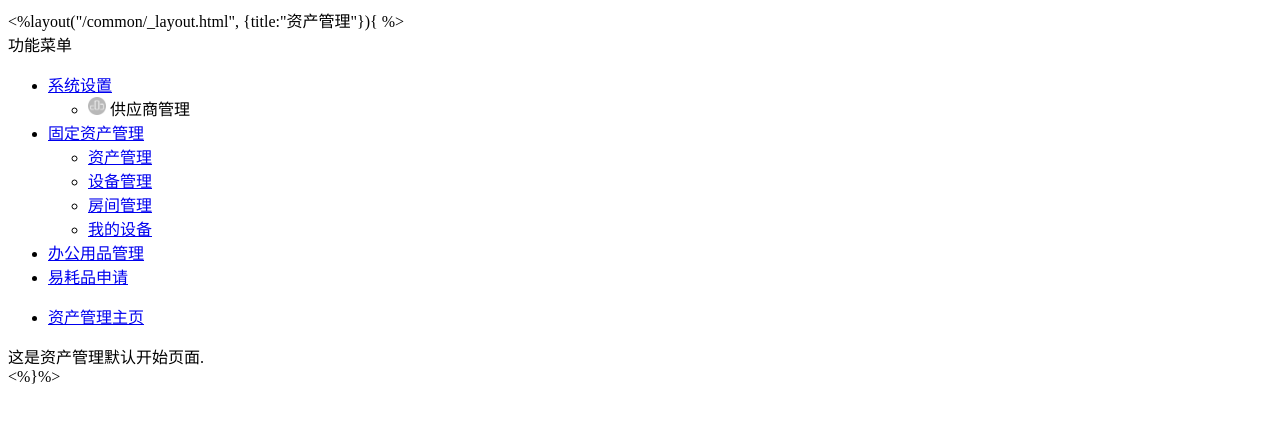
Repository: GaoChengliang/summerTask
Page: Campus_gcl/WebRoot/asset_management/asset.html
The author's editor kept a copy of each file at every save. The page is drawn from the files as they stood at one save, then again after the next save.
The browser window is 1280 px wide. The pictures show the whole page.

Above is the page before, as saved 2015-09-09 01:30:37.
Console error: ReferenceError: jQuery is not defined

### Campus_gcl/WebRoot/asset_management/asset.html
<%layout("/common/_layout.html", {title:"资产管理"}){ %>
<div class="container-fluid">
	<div class="row">
		<div class="col-md-2 sidebar-2">
			<div class="sub-header">
				<div class="nav nac-sidebar font-style-background-blue">功能菜单</div>
			</div>

			<div class="mtree-demo">
				<ul class="mtree bubba">
					<li class="mtree-node"><a name="system_set_link" href="#">系统设置</a>
						<ul class="mtree-level-1">
							<li><a name="supplier_manage_link"><img src="/img/logo/supplier_manage.png" alt="供应商管理" height="18px" width="18px"/>&nbsp;供应商管理</a></li>
						</ul></li>

					<li class="mtree-node"><a href="#">固定资产管理</a>
						<ul class="mtree-level-1">
							<li><a href="#">资产管理</a></li>
							<li><a href="#">设备管理</a></li>
							<li><a href="#">房间管理</a></li>
							<li><a href="#">我的设备</a></li>
						</ul></li>
					<li><a href="#">办公用品管理</a></li>
					<li><a href="#">易耗品申请</a></li>
				</ul>
			</div>


		</div>
		<div class="col-md-10 col-md-offset-2">
			<div class="main">
				<div id="content">
					<div id="tabs">
						<ul>
							<li><a href="#home">资产管理主页</a></li>
						</ul>
						<div id="home">这是资产管理默认开始页面.</div>
					</div>
				</div>
			</div>
		</div>
	</div>
</div>
<script src="/js/sider/sider.js"></script>
<script src="/js/tabs/tab.js"></script>
<%}%>

### Campus_gcl/WebRoot/js/sider/sider.js
(function ($, window, document, undefined) {
	    if ($('ul.mtree').length) {
	        var collapsed = true;
	        var close_same_level = false;
	        var duration = 400;
	        var listAnim = true;
	        var easing = 'easeOutQuart';
	        $('.mtree ul').css({
	            'overflow': 'hidden',
	            'height': collapsed ? 0 : 'auto',
	            'display': collapsed ? 'none' : 'block'
	        });
	        var node = $('.mtree li:has(ul)');
	        node.each(function (index, val) {
	            $(this).children(':first-child').css('cursor', 'pointer');
	            $(this).addClass('mtree-node mtree-' + (collapsed ? 'closed' : 'open'));
	            $(this).children('ul').addClass('mtree-level-' + ($(this).parentsUntil($('ul.mtree'), 'ul').length + 1));
	        });
	        $('.mtree li > *:first-child').on('click.mtree-active', function (e) {
	            if ($(this).parent().hasClass('mtree-closed')) {
	                $('.mtree-active').not($(this).parent()).removeClass('mtree-active');
	                $(this).parent().addClass('mtree-active');
	            } else if ($(this).parent().hasClass('mtree-open')) {
	                $(this).parent().removeClass('mtree-active');
	            } else {
	                $('.mtree-active').not($(this).parent()).removeClass('mtree-active');
	                $(this).parent().toggleClass('mtree-active');
	            }
	        });
	        node.children(':first-child').on('click.mtree', function (e) {
	            var el = $(this).parent().children('ul').first();
	            var isOpen = $(this).parent().hasClass('mtree-open');
	            if ((close_same_level || $('.csl').hasClass('active')) && !isOpen) {
	                var close_items = $(this).closest('ul').children('.mtree-open').not($(this).parent()).children('ul');
	                if ($.Velocity) {
	                    close_items.velocity({ height: 0 }, {
	                        duration: duration,
	                        easing: easing,
	                        display: 'none',
	                        delay: 100,
	                        complete: function () {
	                            setNodeClass($(this).parent(), true);
	                        }
	                    });
	                } else {
	                    close_items.delay(100).slideToggle(duration, function () {
	                        setNodeClass($(this).parent(), true);
	                    });
	                }
	            }
	            el.css({ 'height': 'auto' });
	            if (!isOpen && $.Velocity && listAnim)
	                el.find(' > li, li.mtree-open > ul > li').css({ 'opacity': 0 }).velocity('stop').velocity('list');
	            if ($.Velocity) {
	                el.velocity('stop').velocity({
	                    height: isOpen ? [
	                        0,
	                        el.outerHeight()
	                    ] : [
	                        el.outerHeight(),
	                        0
	                    ]
	                }, {
	                    queue: false,
	                    duration: duration,
	                    easing: easing,
	                    display: isOpen ? 'none' : 'block',
	                    begin: setNodeClass($(this).parent(), isOpen),
	                    complete: function () {
	                        if (!isOpen)
	                            $(this).css('height', 'auto');
	                    }
	                });
	            } else {
	                setNodeClass($(this).parent(), isOpen);
	                el.slideToggle(duration);
	            }
	            e.preventDefault();
	        });
	        function setNodeClass(el, isOpen) {
	            if (isOpen) {
	                el.removeClass('mtree-open').addClass('mtree-closed');
	            } else {
	                el.removeClass('mtree-closed').addClass('mtree-open');
	            }
	        }
	        if ($.Velocity && listAnim) {
	            $.Velocity.Sequences.list = function (element, options, index, size) {
	                $.Velocity.animate(element, {
	                    opacity: [
	                        1,
	                        0
	                    ],
	                    translateY: [
	                        0,
	                        -(index + 1)
	                    ]
	                }, {
	                    delay: index * (duration / size / 2),
	                    duration: duration,
	                    easing: easing
	                });
	            };
	        }
	        if ($('.mtree').css('opacity') == 0) {
	            if ($.Velocity) {
	                $('.mtree').css('opacity', 1).children().css('opacity', 0).velocity('list');
	            } else {
	                $('.mtree').show(200);
	            }
	        }
	    }
	}(jQuery, this, this.document));

### Campus_gcl/WebRoot/js/tabs/tab.js
$(function(){
	var tabs = $("#tabs").iframeTabs({'wrapperClass':'tab-wrapper', 'height':700});
	  $("a[name='supplier_manage_link']").click(function(event){
		  event.preventDefault();
		  var title = $(this).text();
		  tabs.addTab('supplier-manage', title, 'supplier');
      });

		$("a[name='supplier_manage_link']").hover(function(event) {
			$(this).find('img').attr("src", "/img/logo/supplier_manage_chosen.png");
		}, function(event) {
			$(this).find('img').attr("src", "/img/logo/supplier_manage.png");
		});


});

After the next save:
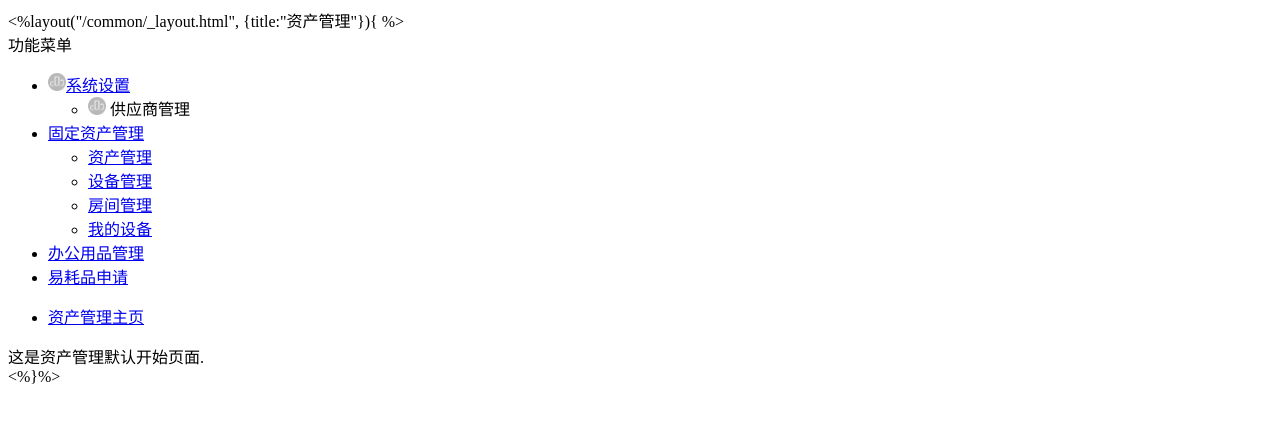
Saved 16 s later.
--- a/Campus_gcl/WebRoot/asset_management/asset.html
+++ b/Campus_gcl/WebRoot/asset_management/asset.html
@@ -8,7 +8,7 @@
 
 			<div class="mtree-demo">
 				<ul class="mtree bubba">
-					<li class="mtree-node"><a name="system_set_link" href="#">系统设置</a>
+					<li class="mtree-node"><a name="system_set_link" href="#"><img src="/img/logo/supplier_manage.png" alt="供应商管理" height="18px" width="18px"/>系统设置</a>
 						<ul class="mtree-level-1">
 							<li><a name="supplier_manage_link"><img src="/img/logo/supplier_manage.png" alt="供应商管理" height="18px" width="18px"/>&nbsp;供应商管理</a></li>
 						</ul></li>
